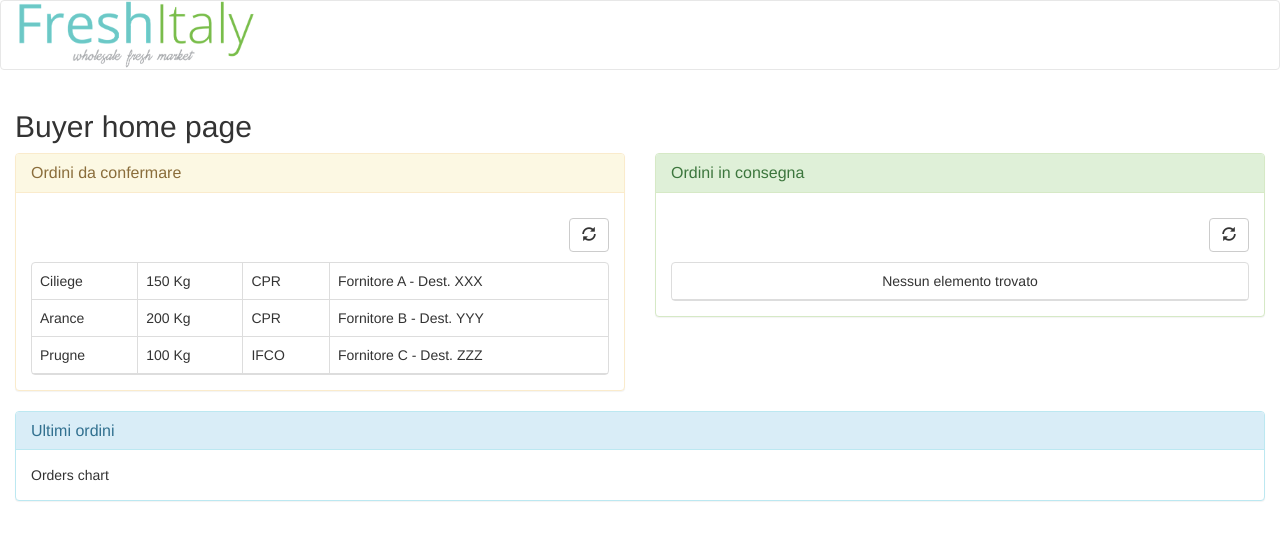
Repository: edikapllani/freshitaly
Page: http://localhost/buyer/home
These files come from the project's save history. The page is drawn as it stood at one moment and after the next save; the edit follows.
The browser window is 1280 px wide. The pictures show the whole page.
The page is this project's Thymeleaf template; nobody is signed in. The template is opened directly, without the code that normally fills it, so the values that code supplies are empty.

Above is the page before, as saved 2017-11-28 11:37:07.

### FreshItalyWeb/src/main/resources/templates/buyer/home.html
<!DOCTYPE html>
<html xmlns:th="http://www.thymeleaf.org">
<head>
	<meta charset="ISO-8859-1"/>
	<meta name="viewport" content="width=device-width, initial-scale=1" />
	<title>Buyer home</title>
	<link rel="stylesheet" href="/bootstrap-3.3.7/css/bootstrap.min.css" />
	<link rel="stylesheet" href="/css/bootstrap-table.css" />
	<link rel="stylesheet" href="/css/freshitaly.css" />

	<script src="/jquery/jquery-3.2.1.min.js"></script>
	<script src="/bootstrap-3.3.7/js/bootstrap.min.js"></script>
	<script src="/js/bootstrap-table.js"></script>
	<script src="/js/bootstrap-table-it-IT.js"></script>
	<script src="/js/freshitaly.js"></script>
</head>
<body>
	<nav class="navbar navbar-default bg-white">
	  <div class="container-fluid">
	    <img src="/images/logo-scritta.png" width="240" height="68"/>
	  </div>
	</nav>

	<div class="container-fluid">

		<h2>Buyer home page</h2>

		<div class="row">
			<div class="col-xs-12 col-sm-6 col-md-6 col-lg-6">
				<div class="panel panel-warning">
					<div class="panel-heading">
						<h3 class="panel-title">Ordini da confermare</h3>
					</div>
					<div class="panel-body">
					        <table id="toconfirmtable"
				               data-locale="it-IT"
				               data-toggle="table"
				               data-show-refresh="true"
				               data-show-toggle="false"
				               data-search="false"
				               data-id-field="product"
				               data-show-header="false"
				               data-sortable="false"
				               data-pagination="false">
				            <thead>
				                <th data-field="product">Prodotto</th>
				                <th data-field="quantity">Quantita'</th>
				                <th data-field="package">Package</th>
				                <th data-field="producer">Produttore</th>
				            </thead>
				        </table>

					</div>
				</div>
			</div>
			<div class="col-xs-12 col-sm-6 col-md-6 col-lg-6">
				<div class="panel panel-success">
					<div class="panel-heading">
						<h3 class="panel-title">Ordini in consegna</h3>
					</div>
					<div class="panel-body">
					        <table id="toconfirmtable"
				               data-locale="it-IT"
				               data-toggle="table"
				               data-show-refresh="true"
				               data-show-toggle="false"
				               data-search="false"
				               data-id-field="product"
				               data-show-header="false"
				               data-sortable="false"
				               data-pagination="false">
				            <thead>
				                <th data-field="product">Prodotto</th>
				                <th data-field="quantity">Quantita'</th>
				                <th data-field="package">Package</th>
				                <th data-field="producer">Produttore</th>
				            </thead>
				        </table>
					</div>
				</div>
			</div>
		</div>
		<div class="row">
			<div class="col-xs-12 col-sm-12 col-md-12 col-lg-12">
				<div class="panel panel-info">
					<div class="panel-heading">
						<h3 class="panel-title">Ultimi ordini</h3>
					</div>
					<div class="panel-body">
					Orders chart
					</div>
				</div>
			</div>
		</div>
	</div>
	<script type="text/javascript">
	var datax = [{
	    "product": "Ciliege",
	    "quantity": "150 Kg",
	    "package": "CPR",
	    "producer": "Fornitore A - Dest. XXX"
	}, {
	    "product": "Arance",
	    "quantity": "200 Kg",
	    "package": "CPR",
	    "producer": "Fornitore B - Dest. YYY"
	}, {
	    "product": "Prugne",
	    "quantity": "100 Kg",
	    "package": "IFCO",
	    "producer": "Fornitore C - Dest. ZZZ"
	}];


    $('#toconfirmtable').bootstrapTable({
        data: datax
    });

	</script>
</body>
</html>

### FreshItalyWeb/src/main/resources/static/css/freshitaly.css
body.fixed-navbar {
	padding-top: 76px;
	padding-bottom: 70px;
}
.login{
	background: url(/images/bg-login.png) center center/cover no-repeat fixed;
}
.bg-white {
	background-color: #fff;
}
div.ajax-loader {
    display:none;
    position: absolute;
    top: 0;
    left: 0;
    background: url('/images/ajax-loader.gif') scroll no-repeat 50% 50% transparent;
    width: 100%;
    height: 100%;
    background-color: #fff;
    -ms-filter: "progid:DXImageTransform.Microsoft.Alpha(Opacity=50)";       /* IE 8 */
	filter: alpha(opacity=50);  /* IE 5-7 */
	-moz-opacity: 0.5;          /* Netscape */
	-khtml-opacity: 0.5;        /* Safari 1.x */
	opacity: 0.5;               /* Good browsers */
}
#success_message{ display: none;}

### FreshItalyWeb/src/main/resources/static/js/bootstrap-table-it-IT.js
/**
 * Bootstrap Table Italian translation
 * Author: Davide Renzi<davide.renzi@gmail.com>
 * Author: Davide Borsatto <davide.borsatto@gmail.com>
 * Author: Alessio Felicioni <alessio.felicioni@gmail.com>
 */
(function ($) {
    'use strict';

    $.fn.bootstrapTable.locales['it-IT'] = {
        formatLoadingMessage: function () {
            return 'Caricamento in corso...';
        },
        formatRecordsPerPage: function (pageNumber) {
            return pageNumber + ' elementi per pagina';
        },
        formatShowingRows: function (pageFrom, pageTo, totalRows) {
            return 'Pagina ' + pageFrom + ' di ' + pageTo + ' (' + totalRows + ' elementi)';
        },
        formatSearch: function () {
            return 'Cerca';
        },
        formatNoMatches: function () {
            return 'Nessun elemento trovato';
        },
        formatRefresh: function () {
            return 'Aggiorna';
        },
        formatToggle: function () {
            return 'Alterna';
        },
        formatColumns: function () {
            return 'Colonne';
        },
        formatAllRows: function () {
            return 'Tutto';
        }
    };

    $.extend($.fn.bootstrapTable.defaults, $.fn.bootstrapTable.locales['it-IT']);

})(jQuery);

Loaded but not shown: FreshItalyWeb/src/main/resources/static/bootstrap-3.3.7/css/bootstrap.min.css (library); FreshItalyWeb/src/main/resources/static/css/bootstrap-table.css (library); FreshItalyWeb/src/main/resources/static/jquery/jquery-3.2.1.min.js (library); FreshItalyWeb/src/main/resources/static/bootstrap-3.3.7/js/bootstrap.min.js (library); FreshItalyWeb/src/main/resources/static/js/bootstrap-table.js (library); FreshItalyWeb/src/main/resources/static/js/freshitaly.js (no copy from this time; the picture is the same without it)

After the next save:
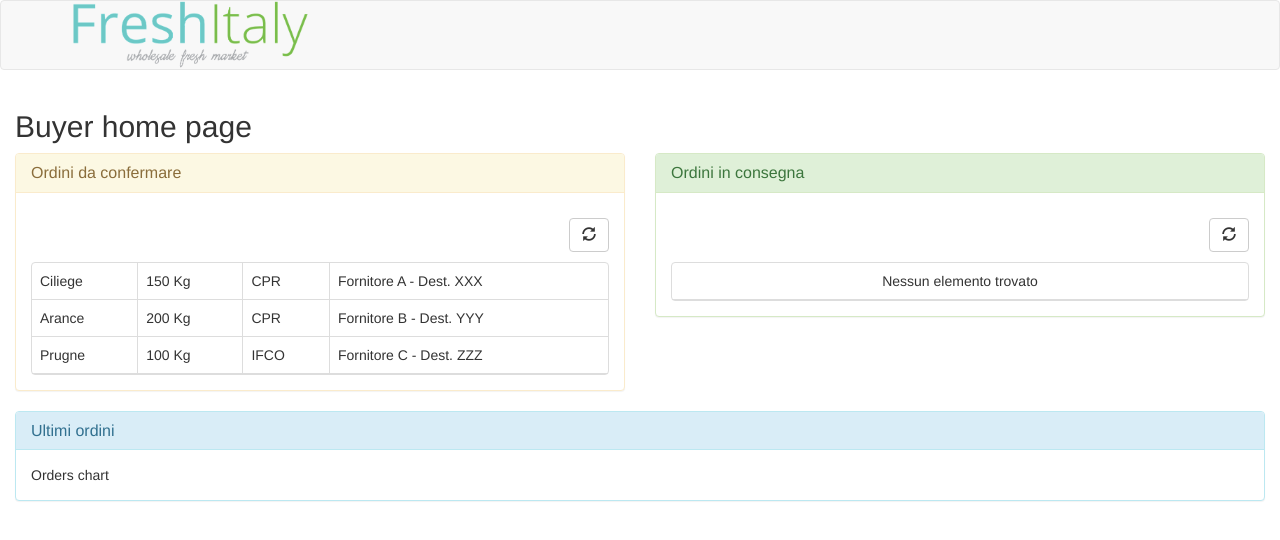
Saved 98 s later.
--- a/FreshItalyWeb/src/main/resources/templates/buyer/home.html
+++ b/FreshItalyWeb/src/main/resources/templates/buyer/home.html
@@ -15,8 +15,8 @@
 	<script src="/js/freshitaly.js"></script>
 </head>
 <body>
-	<nav class="navbar navbar-default bg-white">
-	  <div class="container-fluid">
+	<nav class="navbar navbar-default">
+	  <div class="container">
 	    <img src="/images/logo-scritta.png" width="240" height="68"/>
 	  </div>
 	</nav>
